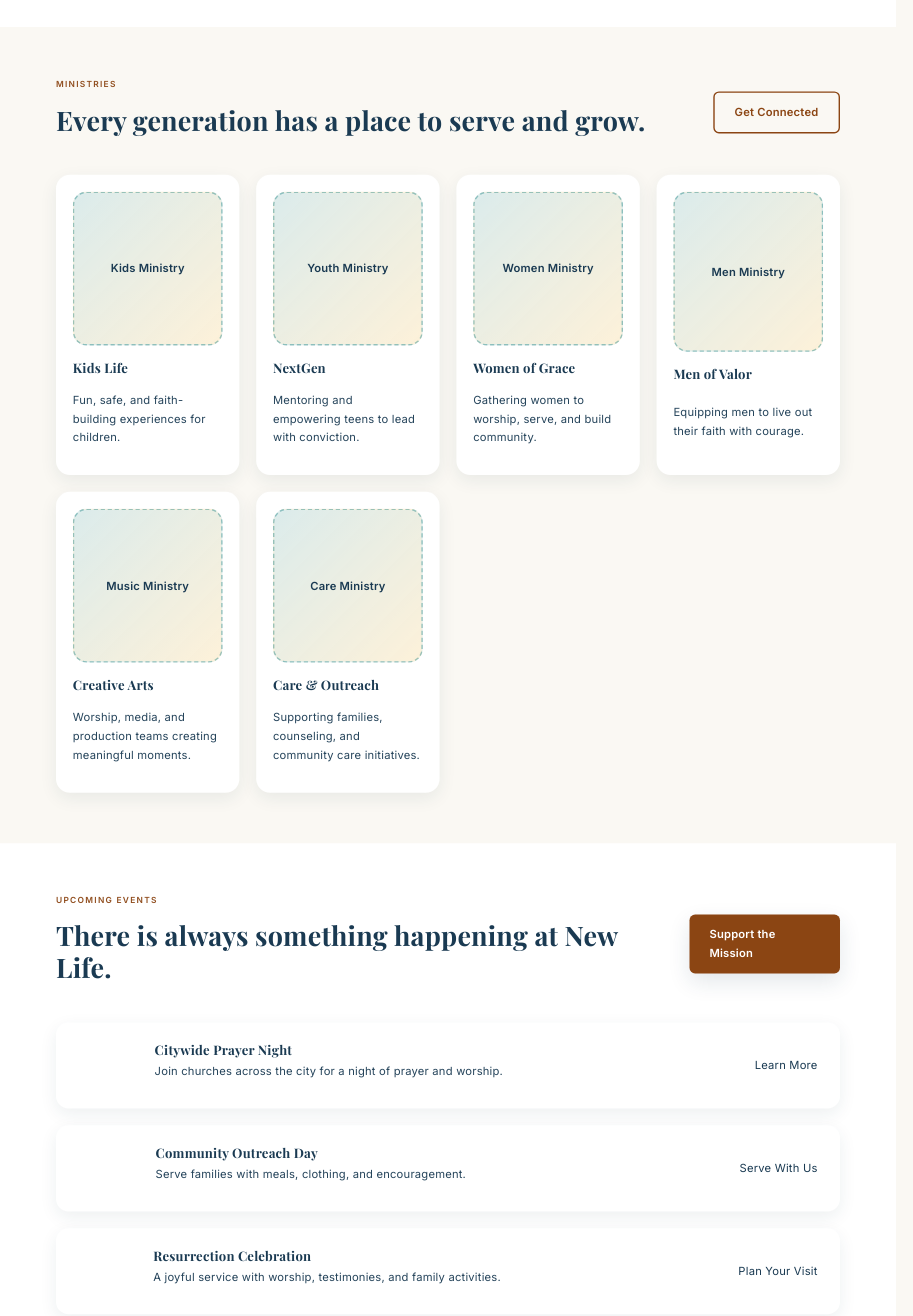
Repository: bilaal441/church
Page: index.htm
The author's editor kept a copy of each file at every save. The page is drawn from the files as they stood at one save, then again after the next save.
The browser window is 1280 px wide. The page is 1304 px wide, so the pictures cover 1304 px, including what lies to the right of the window. The pictures show the part of the page from y = 2151 to 4031 px (the page is 5650 px tall before and 5656 px after), at 70% of full size.

Above is the page before, as saved 2026-01-19 22:10:24.

### index.htm
<!doctype html>
<html lang="en">
  <head>
    <meta charset="UTF-8" />
    <meta name="viewport" content="width=device-width, initial-scale=1.0" />
    <title>New Life Evangelistic Ministries Worship Centre</title>
    <meta
      name="description"
      content="A welcoming, Spirit-filled church family in Springfield. Join us for worship, discipleship, and community outreach."
    />
    <link rel="stylesheet" href="style.css" />
    <link rel="preconnect" href="https://fonts.googleapis.com" />
    <link rel="preconnect" href="https://fonts.gstatic.com" crossorigin />
    <link
      href="https://fonts.googleapis.com/css2?family=Playfair+Display:wght@400;600;700&family=Inter:wght@400;500;600&display=swap"
      rel="stylesheet"
    />
  </head>
  <body>
    <a class="skip-link" href="#main">Skip to main content</a>
    <header class="site-header">
      <div class="container header-content">
        <div class="logo">
          <span class="logo-mark">NLE</span>
          <div>
            <p class="logo-title">New Life Evangelistic Ministries</p>
            <p class="logo-subtitle">Worship Centre</p>
          </div>
        </div>
        <button
          class="nav-toggle"
          aria-expanded="false"
          aria-controls="site-nav"
        >
          <span></span>
          <span></span>
          <span></span>
        </button>
        <nav id="site-nav" class="site-nav">
          <a href="#about">About</a>
          <a href="#worship">Worship</a>
          <a href="#ministries">Ministries</a>
          <a href="#events">Events</a>
          <a href="#giving">Giving</a>
          <a href="#contact" class="button">Visit Us</a>
        </nav>
      </div>
    </header>

    <main id="main">
      <section class="hero">
        <div class="container hero-grid">
          <div class="hero-text">
            <p class="eyebrow">A Place to Belong &amp; Grow</p>
            <h1>Experience hope, worship, and community in Christ.</h1>
            <p>
              Join us for vibrant worship, powerful teaching, and a loving
              family that is passionate about reaching the city with the gospel.
            </p>
            <div class="hero-actions">
              <a class="button" href="#worship">Plan Your Visit</a>
              <a class="button button-outline" href="#events"
                >Upcoming Events</a
              >
            </div>
            <div class="hero-details">
              <div>
                <span>Service Times</span>
                <strong>Sunday 9:00 AM &amp; 11:30 AM</strong>
              </div>
              <div>
                <span>Midweek Encounter</span>
                <strong>Wednesday 6:30 PM</strong>
              </div>
            </div>
            <div class="hero-note">
              <span>Livestream available</span>
              <a href="#contact">Watch Online</a>
            </div>
          </div>
          <div class="hero-visual">
            <div class="image-placeholder large">Hero Image Placeholder</div>
            <div class="hero-card">
              <h3>Welcome Home</h3>
              <p>
                New to church? We will help you feel at home from the moment you
                arrive.
              </p>
              <a href="#contact">Meet the Team</a>
            </div>
          </div>
        </div>
      </section>

      <section id="about" class="section">
        <div class="container split">
          <div class="image-placeholder">About Image Placeholder</div>
          <div>
            <p class="eyebrow">Who We Are</p>
            <h2>
              Our mission is to raise disciples who live out the love of Jesus.
            </h2>
            <p>
              We are a vibrant, spirit-filled church committed to worship,
              discipleship, evangelism, and compassionate outreach. We welcome
              families, young adults, and every generation to grow together in
              faith.
            </p>
            <div class="stats">
              <div>
                <strong>25+</strong>
                <span>Years of ministry</span>
              </div>
              <div>
                <strong>40+</strong>
                <span>Small groups</span>
              </div>
              <div>
                <strong>15</strong>
                <span>Community partners</span>
              </div>
            </div>
          </div>
        </div>
      </section>

      <section id="worship" class="section section-alt">
        <div class="container">
          <div class="section-header">
            <div>
              <p class="eyebrow">Worship With Us</p>
              <h2>Expect a meaningful encounter with God.</h2>
            </div>
            <p>
              Our gatherings are lively, prayerful, and filled with inspiring
              worship, teaching, and ministry moments.
            </p>
          </div>
          <div class="cards">
            <article class="card">
              <h3>Sunday Celebration</h3>
              <p>Worship, Word, and fellowship for the whole family.</p>
              <p class="card-meta">9:00 AM &amp; 11:30 AM</p>
            </article>
            <article class="card">
              <h3>Midweek Encounter</h3>
              <p>Refuel with worship, prayer, and Bible study.</p>
              <p class="card-meta">Wednesday 6:30 PM</p>
            </article>
            <article class="card">
              <h3>Youth Ignite</h3>
              <p>
                Empowering the next generation through worship and discipleship.
              </p>
              <p class="card-meta">Friday 7:00 PM</p>
            </article>
          </div>
          <div class="worship-highlight">
            <div>
              <h3>What to Expect</h3>
              <p>
                Friendly hosts, engaging worship, a clear message, and spaces
                for kids and youth to connect safely.
              </p>
            </div>
            <div>
              <h3>Parking &amp; Accessibility</h3>
              <p>
                Guest parking is available at the main entrance. Our building is
                fully accessible with ramps and elevators.
              </p>
            </div>
          </div>
        </div>
      </section>

      <section id="ministries" class="section">
        <div class="container">
          <div class="section-header">
            <div>
              <p class="eyebrow">Ministries</p>
              <h2>Every generation has a place to serve and grow.</h2>
            </div>
            <a class="button button-outline" href="#contact">Get Connected</a>
          </div>
          <div class="ministry-grid">
            <div class="ministry-card">
              <div class="image-placeholder">Kids Ministry</div>
              <h3>Kids Life</h3>
              <p>Fun, safe, and faith-building experiences for children.</p>
            </div>
            <div class="ministry-card">
              <div class="image-placeholder">Youth Ministry</div>
              <h3>NextGen</h3>
              <p>Mentoring and empowering teens to lead with conviction.</p>
            </div>
            <div class="ministry-card">
              <div class="image-placeholder">Women Ministry</div>
              <h3>Women of Grace</h3>
              <p>Gathering women to worship, serve, and build community.</p>
            </div>
            <div class="ministry-card">
              <div class="image-placeholder">Men Ministry</div>
              <h3>Men of Valor</h3>
              <p>Equipping men to live out their faith with courage.</p>
            </div>
            <div class="ministry-card">
              <div class="image-placeholder">Music Ministry</div>
              <h3>Creative Arts</h3>
              <p>
                Worship, media, and production teams creating meaningful
                moments.
              </p>
            </div>
            <div class="ministry-card">
              <div class="image-placeholder">Care Ministry</div>
              <h3>Care &amp; Outreach</h3>
              <p>
                Supporting families, counseling, and community care initiatives.
              </p>
            </div>
          </div>
        </div>
      </section>

      <section id="events" class="section section-alt">
        <div class="container">
          <div class="section-header">
            <div>
              <p class="eyebrow">Upcoming Events</p>
              <h2>There is always something happening at New Life.</h2>
            </div>
            <a class="button" href="#giving">Support the Mission</a>
          </div>
          <div class="event-list">
            <article>
              <span class="event-date">Mar 21</span>
              <div>
                <h3>Citywide Prayer Night</h3>
                <p>
                  Join churches across the city for a night of prayer and
                  worship.
                </p>
              </div>
              <a href="#contact">Learn More</a>
            </article>
            <article>
              <span class="event-date">Apr 05</span>
              <div>
                <h3>Community Outreach Day</h3>
                <p>Serve families with meals, clothing, and encouragement.</p>
              </div>
              <a href="#contact">Serve With Us</a>
            </article>
            <article>
              <span class="event-date">Apr 19</span>
              <div>
                <h3>Resurrection Celebration</h3>
                <p>
                  A joyful service with worship, testimonies, and family
                  activities.
                </p>
              </div>
              <a href="#contact">Plan Your Visit</a>
            </article>
          </div>
        </div>
      </section>

      <section id="giving" class="section">
        <div class="container giving">
          <div>
            <p class="eyebrow">Giving</p>
            <h2>Your generosity fuels life-changing ministry.</h2>
            <p>
              Every gift helps us reach more people with the gospel, support
              families in need, and raise leaders for the future.
            </p>
            <div class="giving-actions">
              <a class="button" href="#contact">Give Online</a>
              <a class="button button-outline" href="#contact">Volunteer</a>
            </div>
            <div class="giving-note">
              <strong>Need assistance?</strong>
              <span
                >We can help with giving, prayer requests, or support
                resources.</span
              >
            </div>
          </div>
          <div class="image-placeholder">Giving Image Placeholder</div>
        </div>
      </section>

      <section id="contact" class="section section-alt">
        <div class="container contact">
          <div>
            <p class="eyebrow">Visit Us</p>
            <h2>We would love to meet you this Sunday.</h2>
            <p>
              125 Hope Street, Springfield, ST 12345<br />
              (555) 123-4567 · hello@nlewc.org
            </p>
            <div class="contact-details">
              <div>
                <strong>Office Hours</strong>
                <span>Mon - Fri, 9 AM - 4 PM</span>
              </div>
              <div>
                <strong>Prayer Line</strong>
                <span>Available 24/7</span>
              </div>
              <div>
                <strong>Follow Us</strong>
                <span>Instagram · Facebook · YouTube</span>
              </div>
            </div>
          </div>
          <form class="contact-form">
            <h3>Plan a Visit</h3>
            <label>
              Full Name
              <input type="text" placeholder="Your name" />
            </label>
            <label>
              Email Address
              <input type="email" placeholder="you@example.com" />
            </label>
            <label>
              Message
              <textarea
                rows="4"
                placeholder="Tell us how we can help."
              ></textarea>
            </label>
            <button type="submit" class="button">Send Message</button>
          </form>
        </div>
      </section>
    </main>

    <footer class="site-footer">
      <div class="container footer-grid">
        <div>
          <div class="logo">
            <span class="logo-mark">NLE</span>
            <div>
              <p class="logo-title">New Life Evangelistic Ministries</p>
              <p class="logo-subtitle">Worship Centre</p>
            </div>
          </div>
          <p>
            Building lives, families, and communities through the love of Jesus.
          </p>
        </div>
        <div>
          <h4>Connect</h4>
          <ul>
            <li><a href="#about">About</a></li>
            <li><a href="#worship">Worship</a></li>
            <li><a href="#ministries">Ministries</a></li>
            <li><a href="#events">Events</a></li>
          </ul>
        </div>
        <div>
          <h4>Visit</h4>
          <ul>
            <li>125 Hope Street</li>
            <li>Springfield, ST 12345</li>
            <li>(555) 123-4567</li>
            <li>hello@nlewc.org</li>
          </ul>
        </div>
        <div>
          <h4>Stay Updated</h4>
          <p>Subscribe for prayer points and community updates.</p>
          <div class="subscribe">
            <input type="email" placeholder="Email address" />
            <button class="button">Subscribe</button>
          </div>
        </div>
      </div>
      <div class="footer-bottom">
        <p>
          © 2024 New Life Evangelistic Ministries Worship Centre. All rights
          reserved.
        </p>
      </div>
    </footer>

    <script src="script.js"></script>
  </body>
</html>

### style.css
:root {
  --navy: #1a3a52;
  --gold: #d4a574;
  --burgundy: #8b4513;
  --cream: #faf8f3;
  --sage: #6b8e7f;
  --muted: #7d8a7f;
  --white: #ffffff;
  --light-gold: #f5e6d3;
  --shadow: 0 8px 24px rgba(26, 58, 82, 0.08);
  --shadow-lg: 0 12px 32px rgba(26, 58, 82, 0.12);
}

* {
  box-sizing: border-box;
  margin: 0;
  padding: 0;
}

body {
  font-family: "Inter", sans-serif;
  background-color: var(--cream);
  color: var(--navy);
  line-height: 1.7;
  letter-spacing: 0.3px;
}

img {
  max-width: 100%;
  display: block;
}

a {
  color: inherit;
  text-decoration: none;
}

.skip-link {
  position: absolute;
  left: -999px;
  top: 16px;
  background: var(--navy);
  color: var(--white);
  padding: 0.6rem 1.2rem;
  border-radius: 999px;
  z-index: 50;
}

.skip-link:focus {
  left: 16px;
}

.container {
  width: min(1120px, 90%);
  margin: 0 auto;
}

.eyebrow {
  text-transform: uppercase;
  letter-spacing: 0.15em;
  font-size: 0.75rem;
  color: var(--burgundy);
  font-weight: 700;
  margin-bottom: 1rem;
}

h1,
h2,
h3,
h4 {
  font-family: "Playfair Display", serif;
  color: var(--navy);
}

h1 {
  font-size: clamp(2.5rem, 4vw, 3.5rem);
  line-height: 1.1;
  margin-bottom: 1rem;
}

h2 {
  font-size: clamp(2rem, 3vw, 2.8rem);
  line-height: 1.2;
  margin-bottom: 1rem;
}

p {
  margin-bottom: 1rem;
  color: var(--navy);
  opacity: 0.95;
}

.button {
  display: inline-flex;
  align-items: center;
  justify-content: center;
  padding: 0.9rem 1.8rem;
  border-radius: 8px;
  background: var(--burgundy);
  color: var(--white);
  font-weight: 600;
  transition:
    transform 0.2s ease,
    box-shadow 0.2s ease,
    background 0.2s ease;
  box-shadow: var(--shadow-lg);
}

.button:hover {
  transform: translateY(-2px);
  background: #6d3410;
  box-shadow: var(--shadow-lg);
}

.button-outline {
  background: transparent;
  color: var(--burgundy);
  border: 2px solid var(--burgundy);
  box-shadow: none;
}

.site-header {
  background: var(--white);
  position: sticky;
  top: 0;
  z-index: 20;
  box-shadow: 0 4px 12px rgba(26, 58, 82, 0.05);
  border-bottom: 2px solid var(--light-gold);
}

.header-content {
  display: flex;
  align-items: center;
  justify-content: space-between;
  padding: 1.2rem 0;
  gap: 2rem;
}

.logo {
  display: flex;
  align-items: center;
  gap: 0.8rem;
}

.logo-mark {
  width: 48px;
  height: 48px;
  border-radius: 10px;
  background: linear-gradient(135deg, var(--burgundy), var(--gold));
  color: var(--white);
  font-weight: 700;
  display: grid;
  place-items: center;
  font-size: 1.1rem;
  box-shadow: 0 4px 12px rgba(139, 69, 19, 0.2);
}

.logo-title {
  font-weight: 700;
  font-size: 0.95rem;
}

.logo-subtitle {
  font-size: 0.85rem;
  color: var(--muted);
}

.site-nav {
  display: flex;
  align-items: center;
  gap: 1.5rem;
}

.site-nav a {
  font-weight: 600;
  font-size: 0.95rem;
}

.nav-toggle {
  display: none;
  flex-direction: column;
  gap: 6px;
  background: none;
  border: none;
  cursor: pointer;
}

.nav-toggle span {
  width: 24px;
  height: 2px;
  background: var(--navy);
}

.hero {
  padding: 5rem 0 4rem;
  background: linear-gradient(
    135deg,
    rgba(212, 165, 116, 0.08),
    rgba(139, 69, 19, 0.05)
  );
}

.hero-grid {
  display: grid;
  gap: 3rem;
  align-items: center;
}

.hero-actions {
  display: flex;
  flex-wrap: wrap;
  gap: 1rem;
  margin: 2rem 0;
}

.hero-details {
  display: grid;
  gap: 1.5rem;
  background: var(--white);
  padding: 2rem;
  border-radius: 12px;
  box-shadow: var(--shadow-lg);
  border-left: 4px solid var(--burgundy);
}

.hero-details span {
  font-size: 0.85rem;
  color: var(--muted);
  text-transform: uppercase;
  letter-spacing: 0.1em;
}

.hero-details strong {
  display: block;
  font-size: 1.1rem;
  color: var(--burgundy);
}

.hero-note {
  display: flex;
  align-items: center;
  gap: 0.75rem;
  font-weight: 600;
  color: var(--burgundy);
}

.hero-note a {
  color: var(--burgundy);
  text-decoration: underline;
}

.hero-visual {
  display: grid;
  gap: 1.5rem;
  position: relative;
}

.hero-card {
  background: var(--white);
  padding: 2rem;
  border-radius: 12px;
  box-shadow: var(--shadow-lg);
  transition: transform 0.3s ease, box-shadow 0.3s ease;
}

.hero-card:hover {
  transform: translateY(-4px);
  box-shadow: var(--shadow-lg);
}

.hero-card a {
  color: var(--burgundy);
  font-weight: 600;
}

.section {
  padding: 4.5rem 0;
}

.section-alt {
  background: var(--white);
}

.section-header {
  display: flex;
  align-items: center;
  justify-content: space-between;
  gap: 2rem;
  margin-bottom: 2.5rem;
}

.split {
  display: grid;
  gap: 2.5rem;
  align-items: center;
}

.stats {
  display: grid;
  grid-template-columns: repeat(auto-fit, minmax(140px, 1fr));
  gap: 1.5rem;
  margin-top: 2rem;
}

.stats strong {
  font-size: 2rem;
  color: var(--burgundy);
}

.cards {
  display: grid;
  grid-template-columns: repeat(auto-fit, minmax(240px, 1fr));
  gap: 1.5rem;
}

.card {
  background: var(--white);
  padding: 2rem;
  border-radius: 12px;
  box-shadow: var(--shadow-lg);
  transition: transform 0.3s ease, box-shadow 0.3s ease;
  border-top: 3px solid var(--gold);
}

.card:hover {
  transform: translateY(-4px);
  box-shadow: var(--shadow-lg);
}

.card-meta {
  color: var(--burgundy);
  font-weight: 600;
  margin-top: 1.5rem;
}

.worship-highlight {
  margin-top: 2.5rem;
  display: grid;
  grid-template-columns: repeat(auto-fit, minmax(240px, 1fr));
  gap: 1.5rem;
}

.worship-highlight div {
  background: linear-gradient(135deg, rgba(212, 165, 116, 0.12), rgba(139, 69, 19, 0.08));
  padding: 1.5rem;
  border-radius: 12px;
  border-left: 3px solid var(--gold);
}

.ministry-grid {
  display: grid;
  grid-template-columns: repeat(auto-fit, minmax(220px, 1fr));
  gap: 1.5rem;
}

.ministry-card {
  background: var(--white);
  padding: 1.5rem;
  border-radius: 20px;
  box-shadow: var(--shadow);
  display: grid;
  gap: 1rem;
}

.event-list {
  display: grid;
  gap: 1.5rem;
}

.event-list article {
  display: grid;
  grid-template-columns: auto 1fr auto;
  gap: 1.5rem;
  background: var(--white);
  padding: 1.5rem 2rem;
  border-radius: 18px;
  align-items: center;
  box-shadow: var(--shadow);
}

.event-date {
  background: var(--teal);
  color: var(--white);
  padding: 0.7rem 1rem;
  border-radius: 12px;
  font-weight: 700;
}

.giving {
  display: grid;
  gap: 2.5rem;
  align-items: center;
}

.giving-actions {
  display: flex;
  gap: 1rem;
  flex-wrap: wrap;
}

.giving-note {
  margin-top: 1.5rem;
  background: rgba(15, 123, 123, 0.08);
  padding: 1rem 1.25rem;
  border-radius: 16px;
  display: grid;
  gap: 0.3rem;
}

.giving-note strong {
  color: var(--navy);
}

.contact {
  display: grid;
  gap: 2.5rem;
  align-items: start;
}

.contact-form {
  background: var(--white);
  padding: 2rem;
  border-radius: 20px;
  box-shadow: var(--shadow);
  display: grid;
  gap: 1rem;
}

.contact-form label {
  display: grid;
  gap: 0.5rem;
  font-weight: 600;
}

input,
textarea {
  padding: 0.7rem 1rem;
  border-radius: 12px;
  border: 1px solid #e5e7eb;
  font-family: inherit;
}

.site-footer {
  background: var(--navy);
  color: var(--white);
  padding: 4rem 0 1.5rem;
}

.site-footer h4 {
  color: var(--white);
  margin-bottom: 1rem;
}

.site-footer p,
.site-footer a,
.site-footer li {
  color: rgba(255, 255, 255, 0.8);
}

.footer-grid {
  display: grid;
  grid-template-columns: repeat(auto-fit, minmax(200px, 1fr));
  gap: 2rem;
}

.footer-grid ul {
  list-style: none;
  display: grid;
  gap: 0.6rem;
}

.subscribe {
  display: flex;
  gap: 0.5rem;
  margin-top: 1rem;
}

.footer-bottom {
  margin-top: 2rem;
  border-top: 1px solid rgba(255, 255, 255, 0.2);
  text-align: center;
  padding-top: 1.5rem;
  font-size: 0.85rem;
}

.image-placeholder {
  background: linear-gradient(
    135deg,
    rgba(15, 123, 123, 0.15),
    rgba(244, 185, 66, 0.2)
  );
  border: 2px dashed rgba(15, 123, 123, 0.4);
  border-radius: 20px;
  min-height: 220px;
  display: grid;
  place-items: center;
  text-align: center;
  padding: 1.5rem;
  color: var(--teal);
  font-weight: 600;
}

.image-placeholder.large {
  min-height: 340px;
}

@media (min-width: 900px) {
  .hero-grid {
    grid-template-columns: repeat(2, 1fr);
  }

  .split,
  .giving,
  .contact {
    grid-template-columns: repeat(2, 1fr);
  }
}

@media (max-width: 900px) {
  .section-header {
    flex-direction: column;
    align-items: flex-start;
  }

  .event-list article {
    grid-template-columns: 1fr;
  }
}

@media (max-width: 768px) {
  .site-nav {
    position: absolute;
    top: 100%;
    right: 0;
    background: var(--white);
    flex-direction: column;
    padding: 1.5rem;
    gap: 1rem;
    width: min(90vw, 280px);
    transform: translateY(-10px);
    opacity: 0;
    pointer-events: none;
    box-shadow: var(--shadow);
    border-radius: 16px;
  }

  .site-nav.open {
    opacity: 1;
    transform: translateY(0);
    pointer-events: auto;
  }

  .nav-toggle {
    display: flex;
  }

  .header-content {
    position: relative;
  }
}

@media (max-width: 600px) {
  .hero-details {
    padding: 1rem;
  }

  .hero-note {
    flex-direction: column;
    align-items: flex-start;
  }

  .subscribe {
    flex-direction: column;
    align-items: stretch;
  }
}

Loaded but not shown: script.js (18 lines, source omitted)

After the next save:
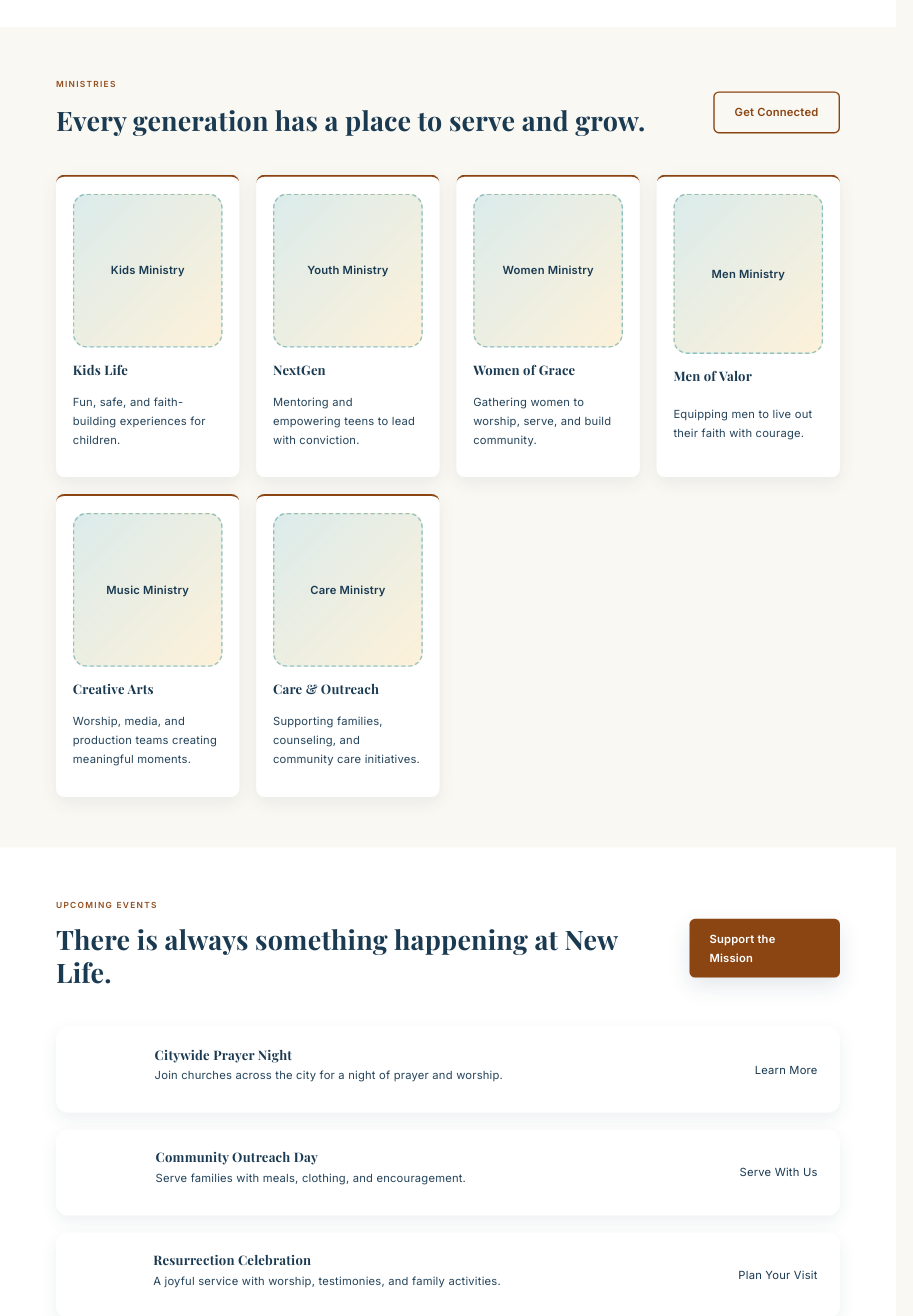
Saved 4 s later.
--- a/style.css
+++ b/style.css
@@ -356,10 +356,16 @@
 .ministry-card {
   background: var(--white);
   padding: 1.5rem;
-  border-radius: 20px;
+  border-radius: 12px;
   box-shadow: var(--shadow);
   display: grid;
   gap: 1rem;
+  border-top: 3px solid var(--burgundy);
+  transition: transform 0.3s ease;
+}
+
+.ministry-card:hover {
+  transform: translateY(-3px);
 }
 
 .event-list {
